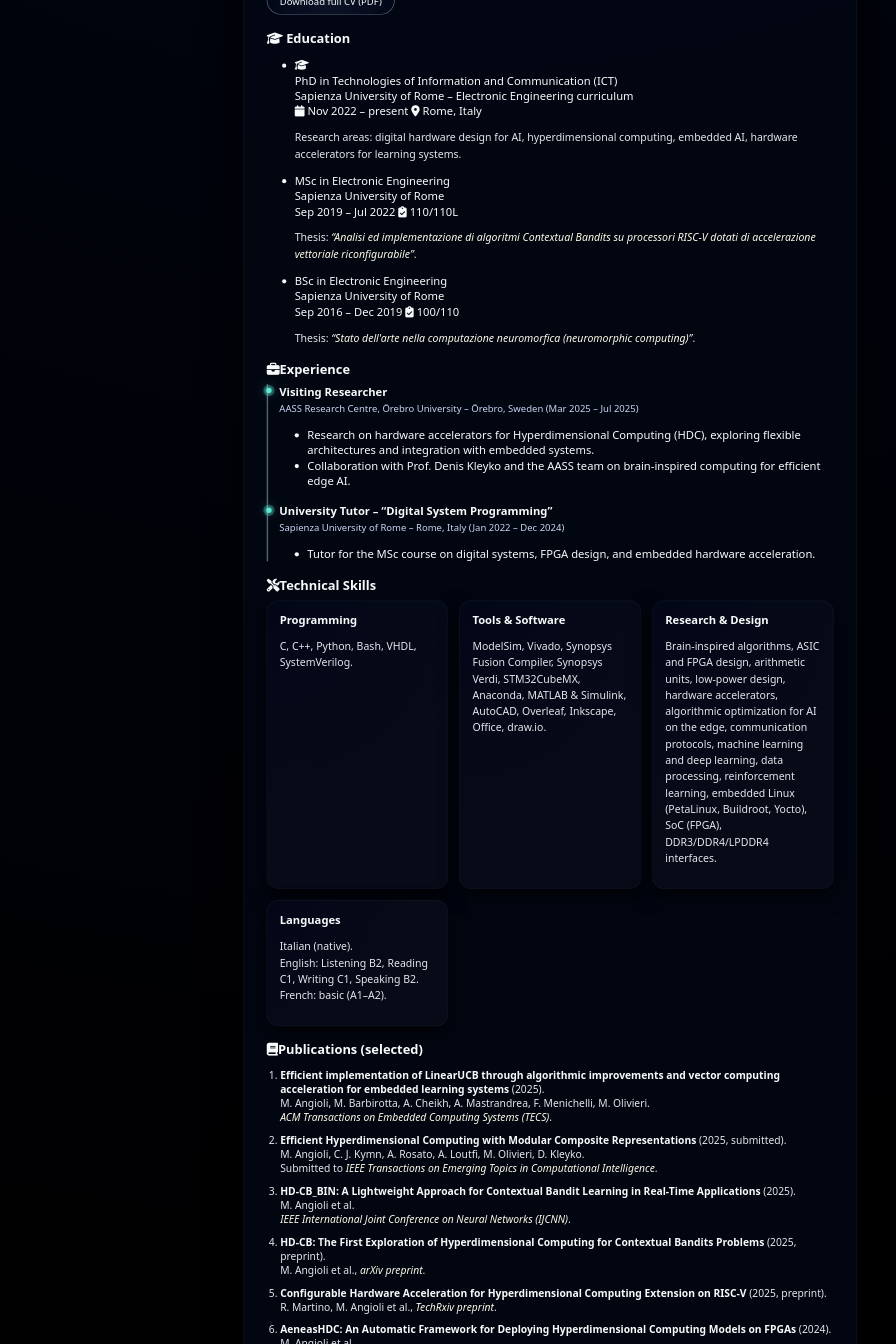
Repository: MarcoAngioli/Portfolio
Page: index.html
An editor plug-in stored every save of this project. The page is shown before and after the next save, followed by the edit.
The browser window is 1280 px wide. The pictures show the part of the page from y = 1387 to 3307 px (the page is 6145 px tall before and 6167 px after), at 70% of full size.

Above is the page before, as saved 2025-11-21 14:51:12.

After the next save:
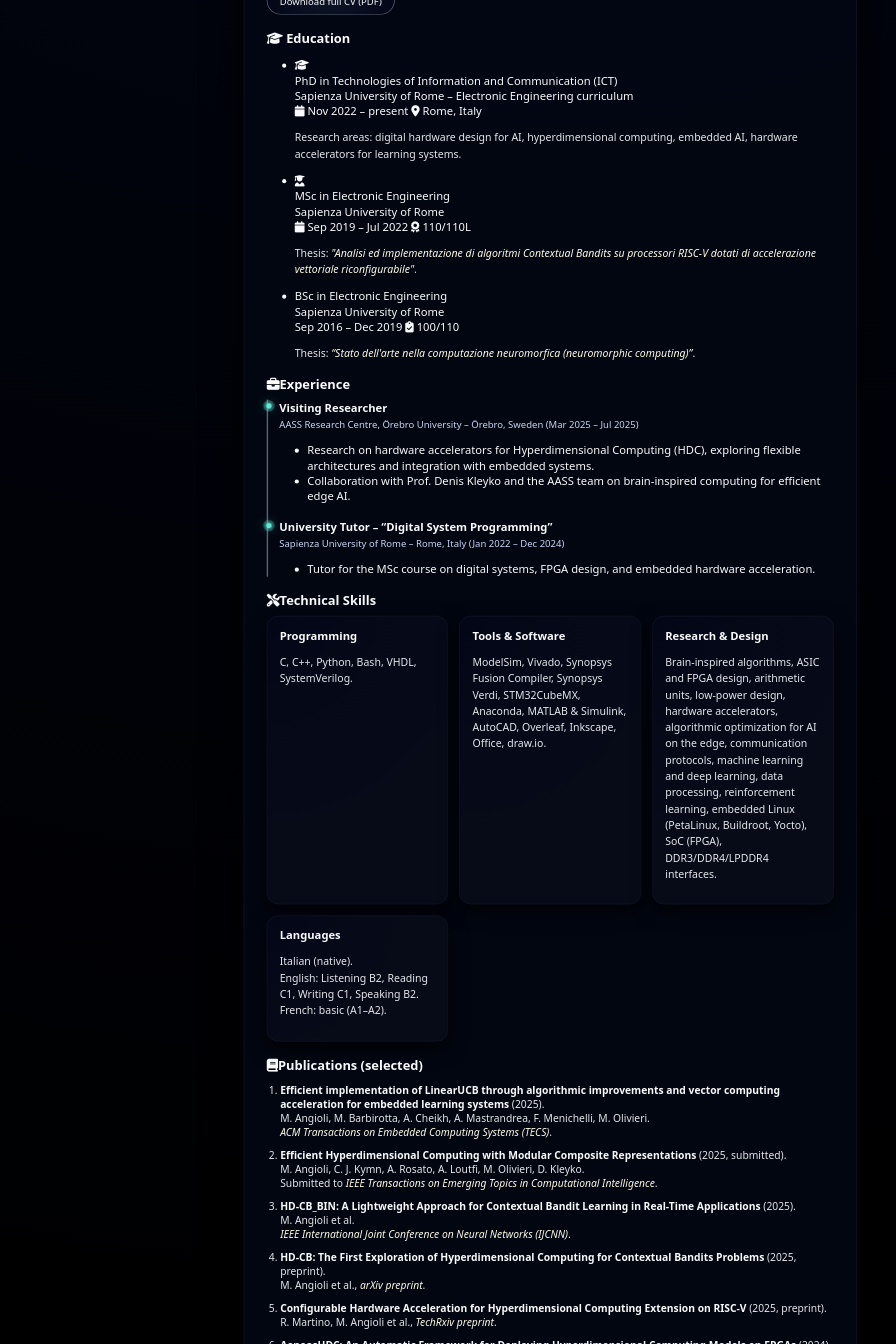
Saved 12 s later.
--- a/index.html
+++ b/index.html
@@ -188,20 +188,27 @@
   </li>
 
   <li class="edu-item">
-    <div class="edu-header">
-      <div>
-        <div class="edu-degree">MSc in Electronic Engineering</div>
-        <div class="edu-inst">Sapienza University of Rome</div>
+    <div class="edu-icon">
+      <i class="fa-solid fa-user-graduate"></i>
+    </div>
+    <div class="edu-content">
+      <div class="edu-header">
+        <div>
+          <div class="edu-degree">
+            <span class="degree-badge masters">MSc</span> in Electronic Engineering
+          </div>
+          <div class="edu-inst">Sapienza University of Rome</div>
+        </div>
+        <div class="edu-meta">
+          <span class="edu-date"><i class="fa-solid fa-calendar"></i> Sep 2019 – Jul 2022</span>
+          <span class="edu-location"><i class="fa-solid fa-award"></i> 110/110L</span>
+        </div>
       </div>
-      <div class="edu-meta">
-        <span class="edu-date">Sep 2019 – Jul 2022</span>
-        <span class="edu-location"><i class="fa-solid fa-clipboard-check"></i> 110/110L</span>
-      </div>
+      <p class="edu-note">
+        Thesis: <em>"Analisi ed implementazione di algoritmi Contextual Bandits
+        su processori RISC-V dotati di accelerazione vettoriale riconfigurabile"</em>.
+      </p>
     </div>
-    <p class="edu-note">
-      Thesis: <em>“Analisi ed implementazione di algoritmi Contextual Bandits
-      su processori RISC-V dotati di accelerazione vettoriale riconfigurabile”</em>.
-    </p>
   </li>
 
   <li class="edu-item">
